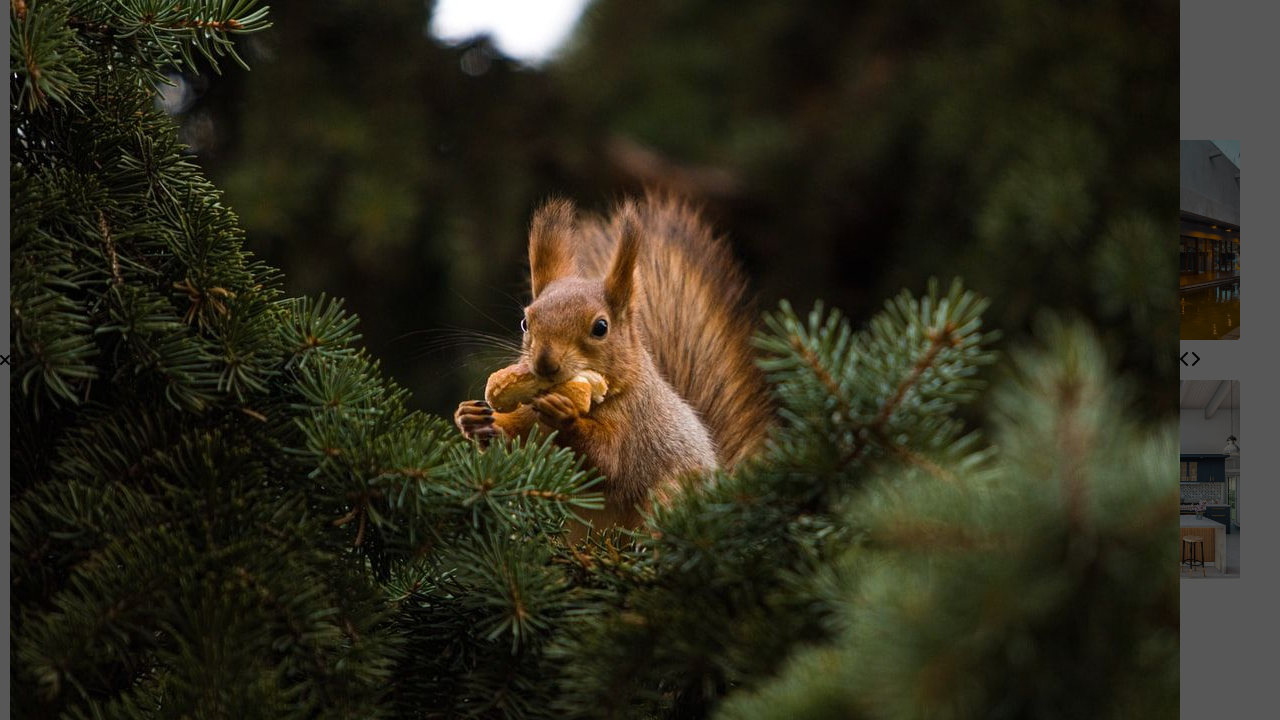
Repository: QUANGTHAI2003/images-gallery
Page: index.html
An editor plug-in stored every save of this project. The page is shown before and after the next save, followed by the edit.
The browser window is 1280 px wide. The pictures show the whole page.

Above is the page before, as saved 2022-03-01 16:11:30.

### index.html
<!DOCTYPE html>
<html lang="en">
    <head>
        <meta charset="UTF-8" />
        <meta http-equiv="X-UA-Compatible" content="IE=edge" />
        <meta name="viewport" content="width=device-width, initial-scale=1.0" />
        <title>Image Gallery</title>
        <link rel="stylesheet" href="./style.css" />
        <link
            rel="stylesheet"
            href="https://cdnjs.cloudflare.com/ajax/libs/font-awesome/6.0.0/css/all.min.css"
        />
    </head>
    <body>
        <div class="wrapper">
            <div class="image">
                <img src="./img/img1.jpeg" alt="" />
            </div>
            <div class="image">
                <img src="./img/img2.jpeg" alt="" />
            </div>
            <div class="image">
                <img src="./img/img3.jpeg" alt="" />
            </div>
            <div class="image">
                <img src="./img/img4.jpeg" alt="" />
            </div>
            <div class="image">
                <img src="./img/img5.jpeg" alt="" />
            </div>
            <div class="image">
                <img src="./img/img6.jpeg" alt="" />
            </div>
            <div class="image">
                <img src="./img/img7.jpeg" alt="" />
            </div>
            <div class="image">
                <img src="./img/img8.jpeg" alt="" />
            </div>
        </div>

        <div class="gallery">
            <i class="fas fa-times"></i>
            <div class="gallery-inner">
                <img src="./img/img1.jpeg" alt="" />
            </div>
            <div class="control prev">
                <i class="fas fa-chevron-left"></i>
            </div>
            <div class="control follow">
                <i class="fas fa-chevron-right"></i>
            </div>
        </div>
    </body>
    <script src="./app.js"></script>
</html>

### style.css
* {
    margin: 0;
    padding: 0;
    box-sizing: border-box;
}

body {
    height: 100vh;
    background: #dadada;
    overflow: hidden;
    display: flex;
    justify-content: center;
    align-items: center;
}

.wrapper {
    width: 1200px;
    display: flex;
    flex-wrap: wrap;
    margin: auto;
    justify-content: space-between;
}

img {
    width: 100%;
    height: 100%;
    object-position: center;
    object-fit: cover;
    transition: 0.5s;
}

.image {
    width: 22%;
    height: 200px;
    border-radius: 4px;
    overflow: hidden;
    margin: 20px 0;
}

.image:hover img {
    transform: scale(1.2);
}

.gallery {
    position: fixed;
    width: 100%;
    height: 100%;
    background: rgba(0, 0, 0, 0.6);
    display: flex;
    align-items: center;
}

Loaded but not shown: app.js (no stored copy; drawn as an empty file)

After the next save:
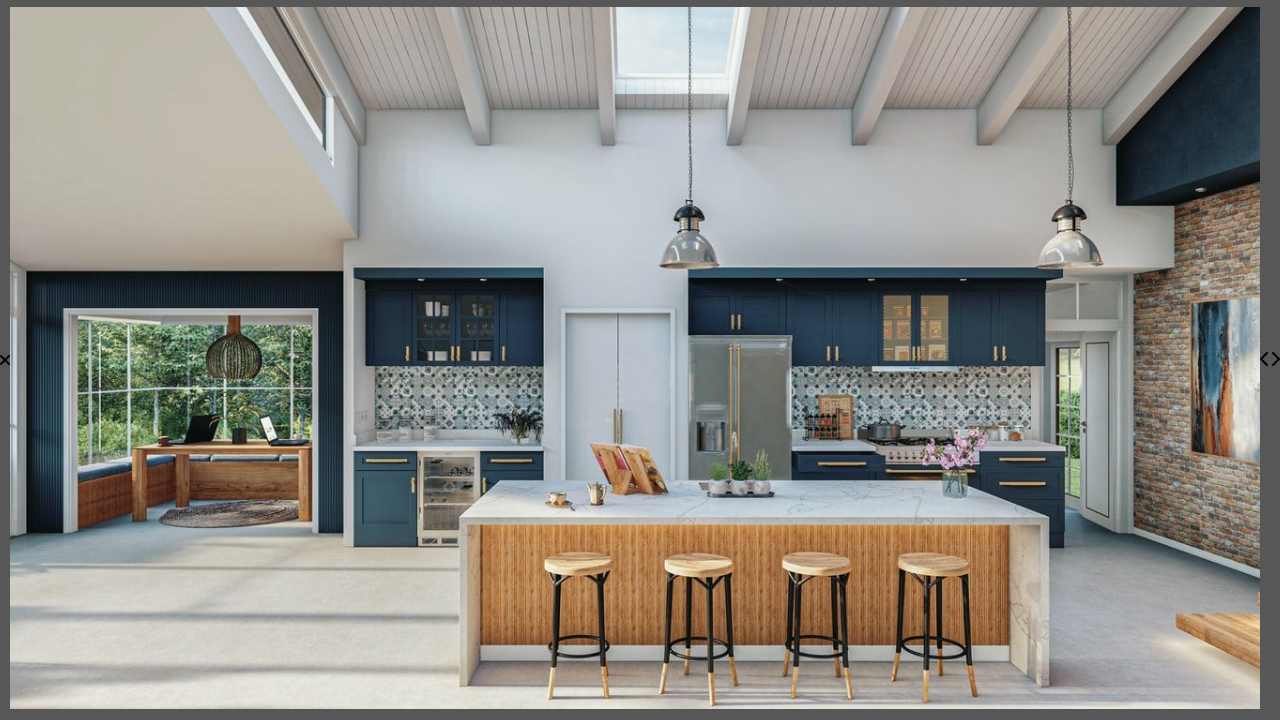
Saved 20 s later.
--- a/index.html
+++ b/index.html
@@ -42,7 +42,7 @@
         <div class="gallery">
             <i class="fas fa-times"></i>
             <div class="gallery-inner">
-                <img src="./img/img1.jpeg" alt="" />
+                <img src="./img/img8.jpeg" alt="" />
             </div>
             <div class="control prev">
                 <i class="fas fa-chevron-left"></i>
